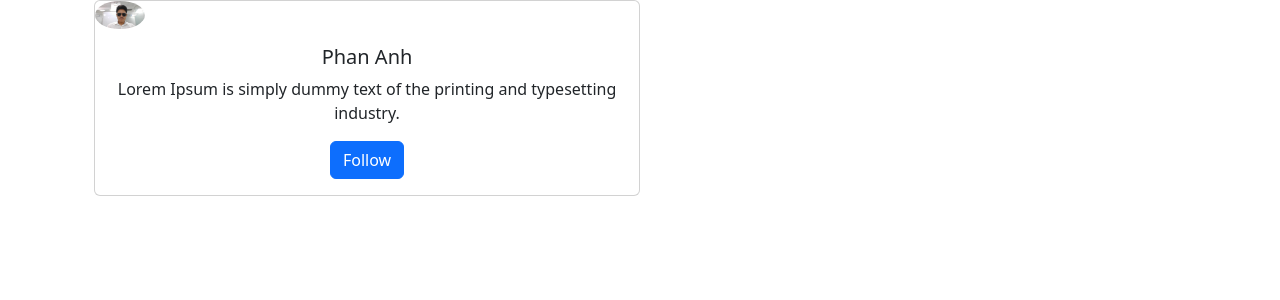
Repository: NPhanA/React2022
Page: / (app in Day 03-React/exercise/)
An editor plug-in stored every save of this project. The page is shown before and after the next save, followed by the edit.
The browser window is 1280 px wide. The pictures show the whole page.
The project was rebuilt for these pictures with package versions that can differ from the ones it lists, and the page was loaded fresh each time. Also part of the build but not shown: Day 03-React/exercise/src/App.css, Day 03-React/exercise/src/App.js, Day 03-React/exercise/src/Components/UserAgent.js.

Above is the page before, as saved 2022-07-26 14:22:33.

### Day 03-React/exercise/src/index.js
import React from 'react';
import ReactDOM from 'react-dom/client';
import './index.css';
import App from './App';
import reportWebVitals from './reportWebVitals';
import 'bootstrap/dist/css/bootstrap.min.css';
import {createRoot} from 'react-dom/client';
import UserAgent from './Components/UserAgent';
import App1 from './Components/ProfileCard';
import ProfileCard from './Components/ProfileCard';
const container = document.getElementById('root');
const root = createRoot(container);
root.render(<ProfileCard />);

### Day 03-React/exercise/src/Components/ProfileCard.js
import avatar from '../Pictures/Avatar.jpg';
import space from '../Pictures/Space.jpg';
function ProfileCard() {
    return (
        <div className="container ">
            <div className="row mx-auto">
                <div className="col-xs-12 col-xxl-6 mx-auto">
        <div className="card w-50 text-center" >

        <img className="card-img-top rounded-circle" src={avatar} alt={'Space'} style={{width:'50px',backgroundImage:"url(" + space + ")"}}></img>

        <div className="card-body">
          <h5 className="card-title">Phan Anh</h5>
          <p className="card-text">Lorem Ipsum is simply dummy text of the printing and typesetting industry.</p>
          <a href="#" className="btn btn-primary">Follow</a>
        </div>
      </div>
      </div>
      </div>
      </div>
    );
  }

  export default ProfileCard;

Loaded but not shown: Day 03-React/exercise/public/index.html (common file); Day 03-React/exercise/src/index.css (common file); Day 03-React/exercise/src/reportWebVitals.js (common file)

After the next save:
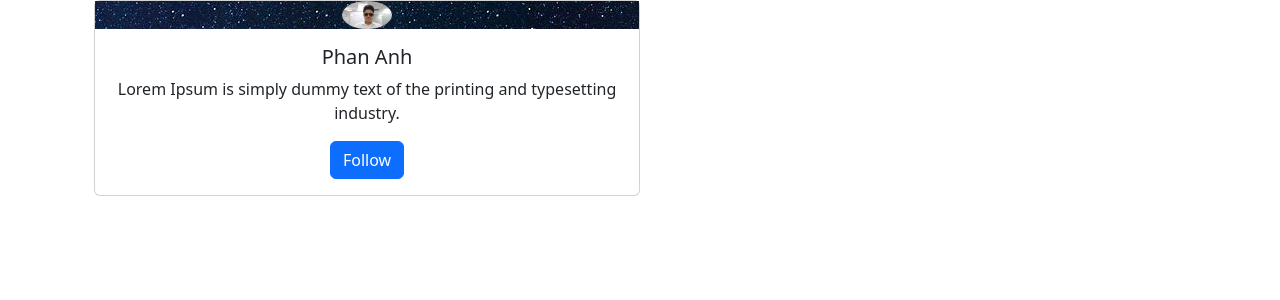
Saved 19 s later.
--- a/Day 03-React/exercise/src/Components/ProfileCard.js
+++ b/Day 03-React/exercise/src/Components/ProfileCard.js
@@ -6,9 +6,9 @@
             <div className="row mx-auto">
                 <div className="col-xs-12 col-xxl-6 mx-auto">
         <div className="card w-50 text-center" >
-
-        <img className="card-img-top rounded-circle" src={avatar} alt={'Space'} style={{width:'50px',backgroundImage:"url(" + space + ")"}}></img>
-
+            <div style={{backgroundImage:"url(" + space + ")"}}>
+        <img className="card-img-top rounded-circle" src={avatar} alt={'Space'} style={{width:'50px'}}></img>
+        </div>
         <div className="card-body">
           <h5 className="card-title">Phan Anh</h5>
           <p className="card-text">Lorem Ipsum is simply dummy text of the printing and typesetting industry.</p>

After the 2 saves that followed:
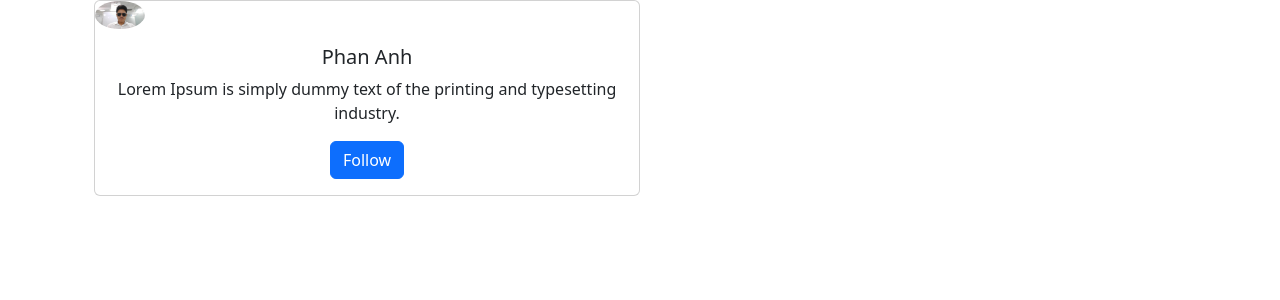
The 2 saves are shown as one change because 1 left the picture as it was.
The last was saved 84 s later.
--- a/Day 03-React/exercise/src/Components/ProfileCard.js
+++ b/Day 03-React/exercise/src/Components/ProfileCard.js
@@ -6,9 +6,9 @@
             <div className="row mx-auto">
                 <div className="col-xs-12 col-xxl-6 mx-auto">
         <div className="card w-50 text-center" >
-            <div style={{backgroundImage:"url(" + space + ")"}}>
+
         <img className="card-img-top rounded-circle" src={avatar} alt={'Space'} style={{width:'50px'}}></img>
-        </div>
+
         <div className="card-body">
           <h5 className="card-title">Phan Anh</h5>
           <p className="card-text">Lorem Ipsum is simply dummy text of the printing and typesetting industry.</p>
